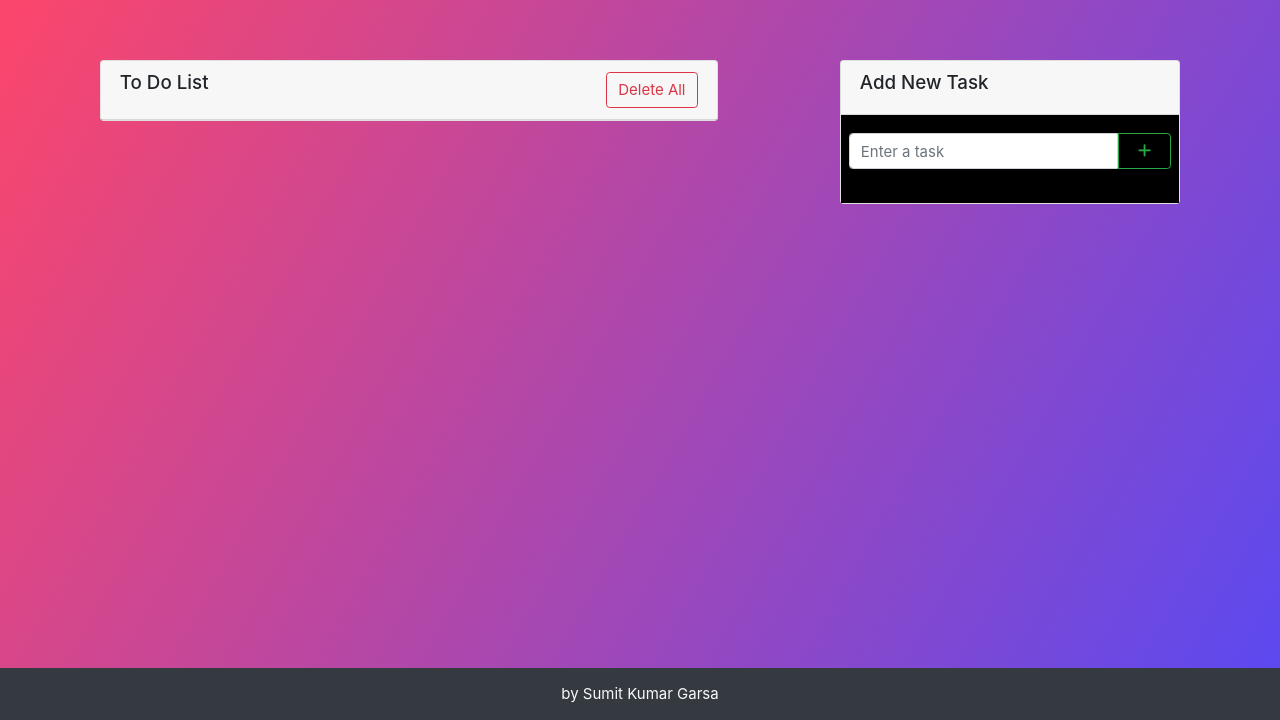
Repository: sumitkumargarssa/100-Web-Development-Series-Project
Page: Project 03 To do List/index.html
The author's editor kept a copy of each file at every save. The page is drawn from the files as they stood at one save, then again after the next save.
The browser window is 1280 px wide. The pictures show the whole page.
Some web libraries are served in a nearby version.

Above is the page before, as saved 2024-06-09 21:40:56.

After the next save:
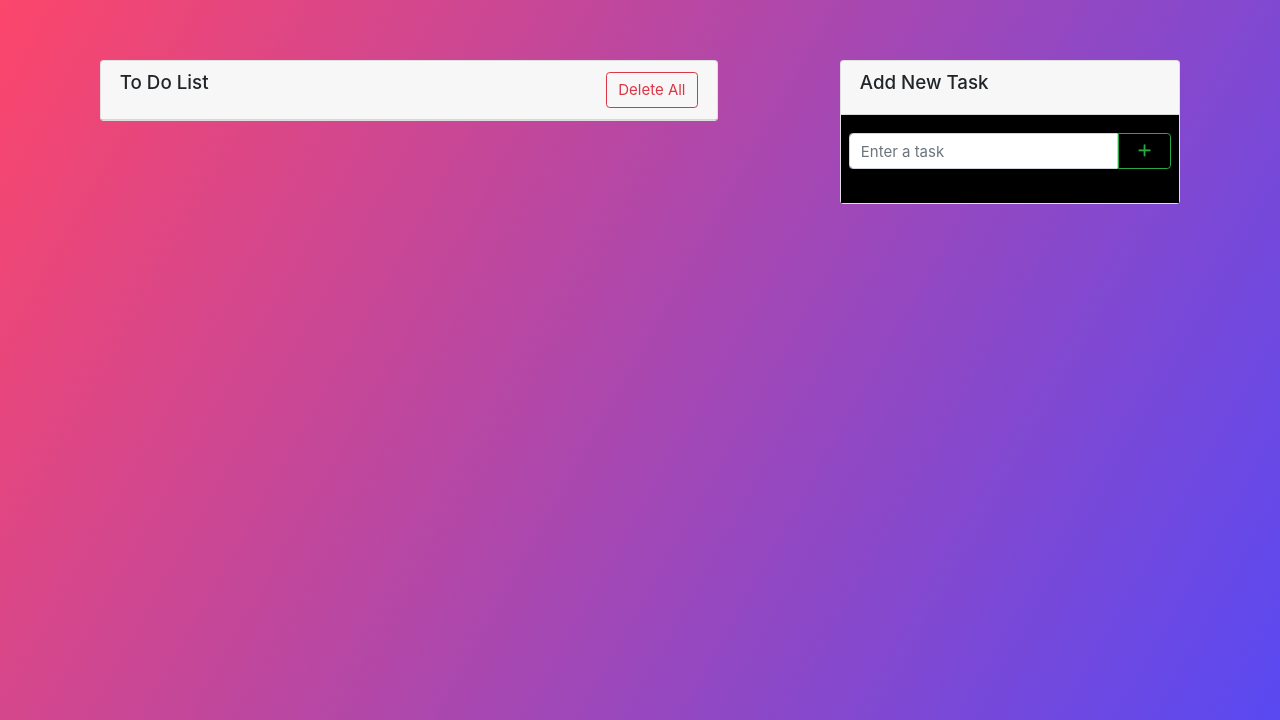
Saved 2 min 2 s later.
--- a/Project 03 To do List/index.html
+++ b/Project 03 To do List/index.html
@@ -123,11 +123,6 @@
       </div>
     </div>
 
-    <footer class="bg-dark text-light text-center p-3">
-      <a href="https://www.github.com/okanuregen" class="text-light"
-        >by Sumit Kumar Garsa</a
-      >
-    </footer>
 
     <script src="script2.js"></script>
     <script
